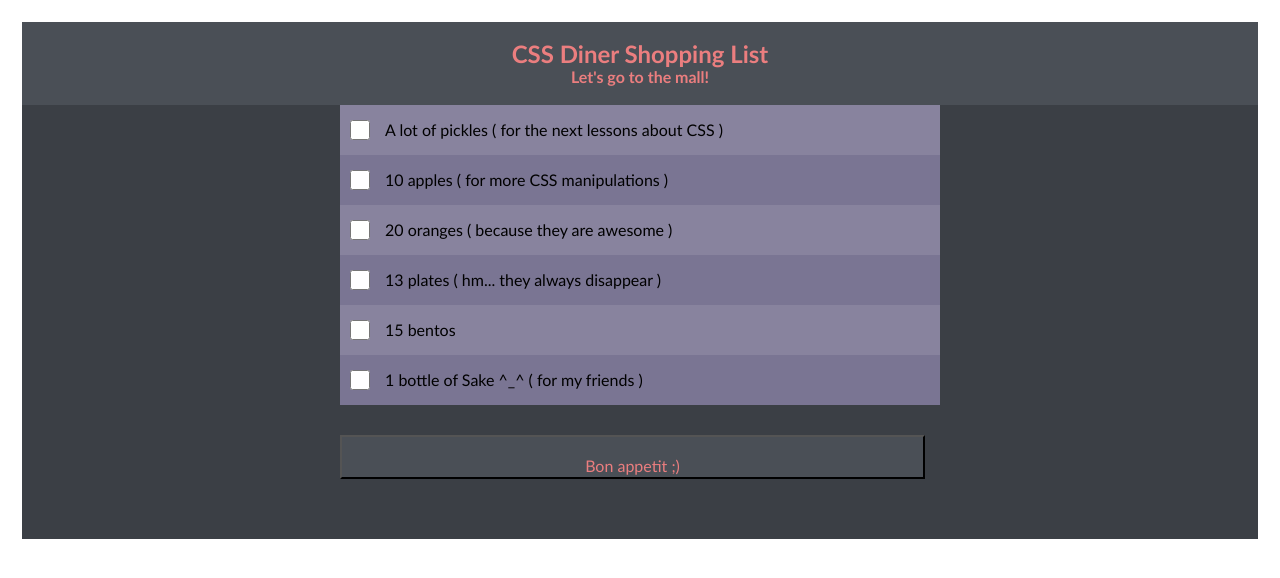
Repository: shpakovskaya/github.io
Page: selector css/shopping list/index.html
The author's editor kept a copy of each file at every save. The page is drawn from the files as they stood at one save, then again after the next save.
The browser window is 1280 px wide. The pictures show the whole page.

Above is the page before, as saved 2021-11-09 22:26:41.

After the next save:
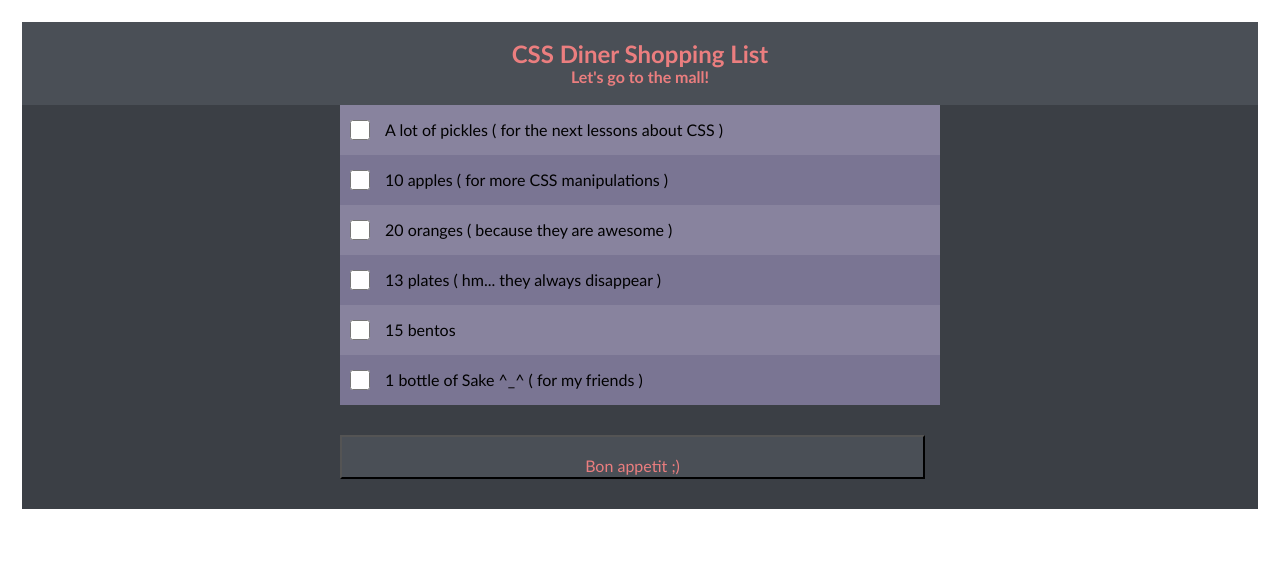
Saved 2 min 6 s later.
--- a/selector css/shopping list/style.css
+++ b/selector css/shopping list/style.css
@@ -124,7 +124,7 @@
   background-color: #3b3f45;
   display: flex;
   justify-content: center;
-  padding-bottom: 60px;
+  padding-bottom: 30px;
 }
 
 .bon__wrapper {

After the save that followed:
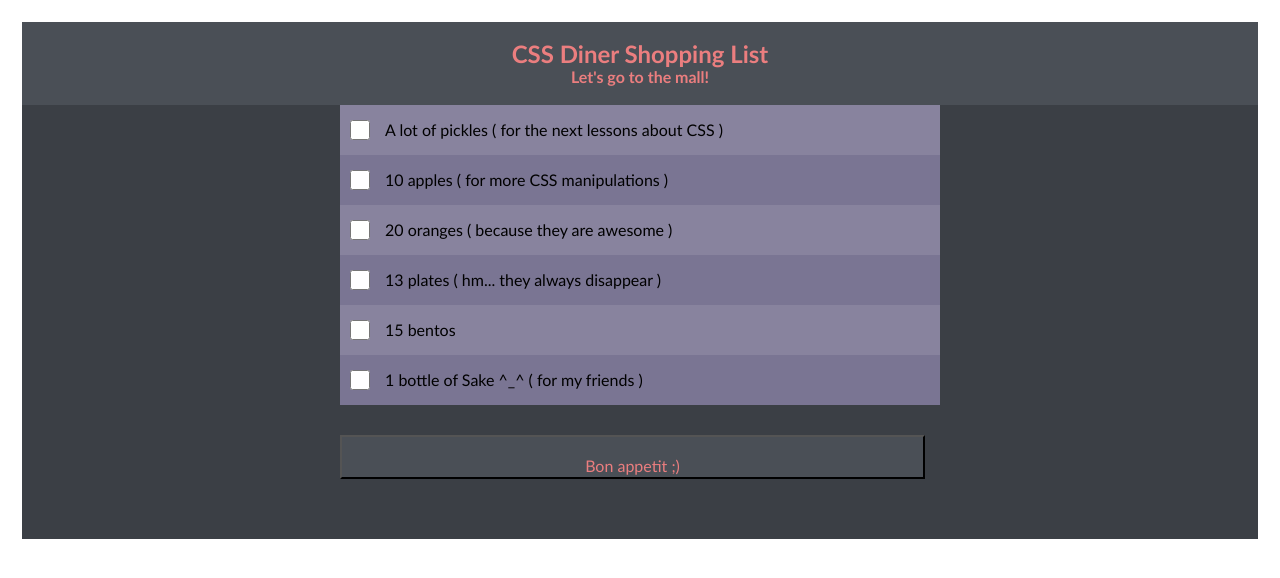
Saved 15 s later.
--- a/selector css/shopping list/style.css
+++ b/selector css/shopping list/style.css
@@ -124,7 +124,7 @@
   background-color: #3b3f45;
   display: flex;
   justify-content: center;
-  padding-bottom: 30px;
+  padding-bottom: 60px;
 }
 
 .bon__wrapper {
